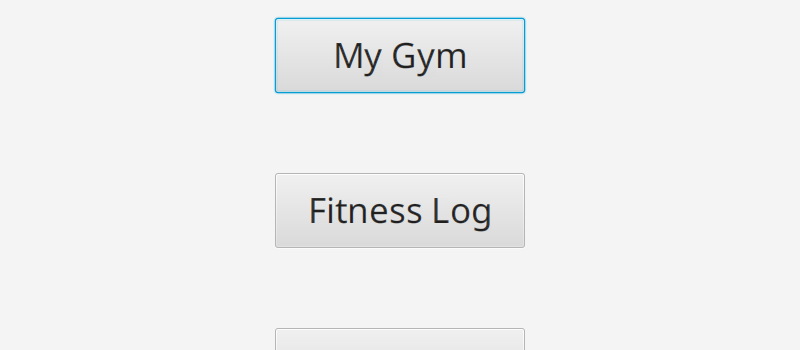
Repository: xistingsherman/TGEU
Program's window: java CS 3337/TGEU/src/TGEU/Home.java
The author's editor kept a copy of each file at every save. The program's window is drawn from the files as they stood at one save, then again after the next save.
It runs on Java 21 on a 1366 x 768 screen with JavaFX 11; the title bar is not drawn.

Above is the program's window before, as saved 2016-10-24 19:41:43.

After the next save:
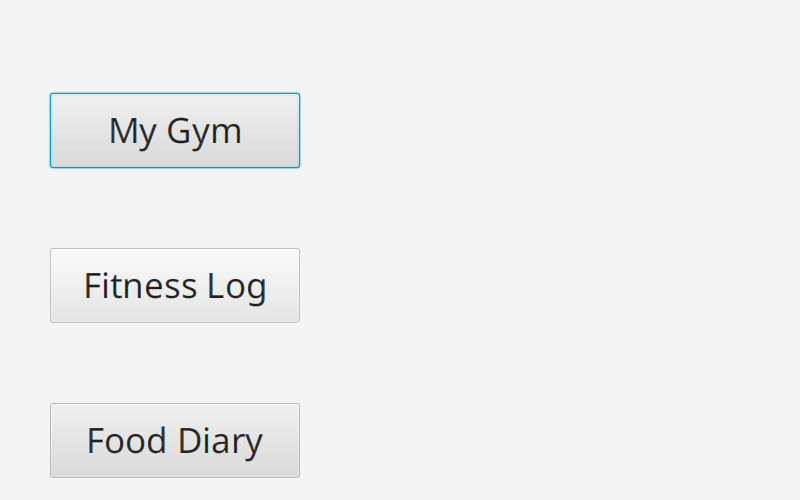
Saved 17 s later.
--- a/CS 3337/TGEU/src/TGEU/Home.java
+++ b/CS 3337/TGEU/src/TGEU/Home.java
@@ -16,7 +16,7 @@
 	public void start(Stage primaryStage) throws Exception {
 
 		Parent root = FXMLLoader.load(getClass().getResource("Homey.fxml"));
-		Scene scene = new Scene(root, 800, 350);
+		Scene scene = new Scene(root, 350, 500);
 
 		primaryStage.setResizable(false);
 		primaryStage.setScene(scene);
